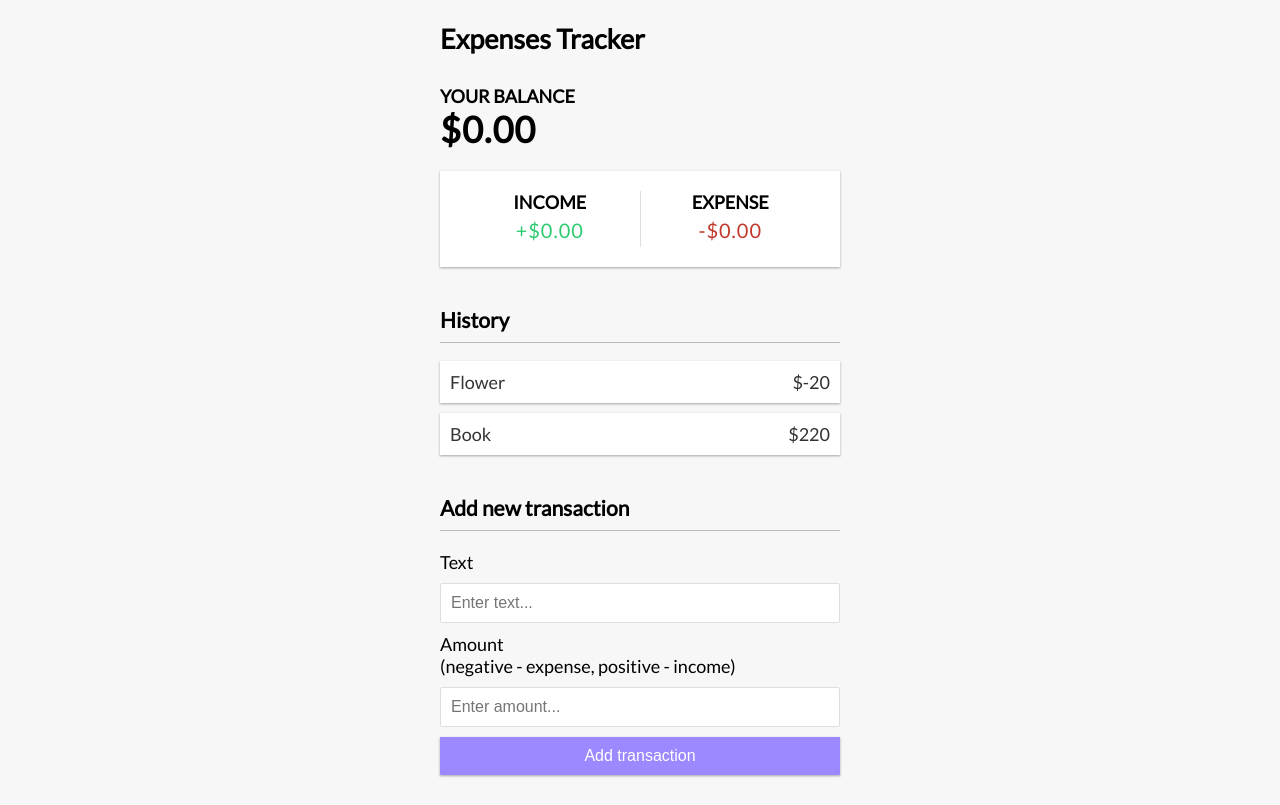
Repository: AyushMahatara/VUE-expense-tracker-app
Page: /
These files come from the project's save history. The page is drawn as it stood at one moment and after a run of saves; the edit follows.
The browser window is 1280 px wide. The pictures show the whole page.
The project was rebuilt for these pictures with package versions that can differ from the ones it lists, and the page was loaded fresh each time. Also part of the build but not shown: vite.config.js.

Above is the page before, as saved 2023-12-29 14:31:50.

### index.html
<!DOCTYPE html>
<html lang="en">
  <head>
    <meta charset="UTF-8" />
    <link rel="icon" href="/public/favicon.ico" />
    <meta name="viewport" content="width=device-width, initial-scale=1.0" />
    <title>Expense Tracker</title>
  </head>
  <body>
    <div id="app"></div>
    <script type="module" src="/src/main.js"></script>
  </body>
</html>

### src/assets/style.css
@import url("https://fonts.googleapis.com/css?family=Lato&display=swap");

:root {
  --box-shadow: 0 1px 3px rgba(0, 0, 0, 0.12), 0 1px 2px rgba(0, 0, 0, 0.24);
}

* {
  box-sizing: border-box;
}

body {
  background-color: #f7f7f7;
  display: flex;
  flex-direction: column;
  align-items: center;
  justify-content: center;
  min-height: 100vh;
  margin: 0;
  font-family: "Lato", sans-serif;
  font-size: 18px;
}

.container {
  margin: 30px auto;
  width: 400px;
}

h1 {
  letter-spacing: 1px;
  margin: 0;
}

h3 {
  border-bottom: 1px solid #bbb;
  padding-bottom: 10px;
  margin: 40px 0 10px;
}

h4 {
  margin: 0;
  text-transform: uppercase;
}

.inc-exp-container {
  background-color: #fff;
  box-shadow: var(--box-shadow);
  padding: 20px;
  display: flex;
  justify-content: space-between;
  margin: 20px 0;
}

.inc-exp-container > div {
  flex: 1;
  text-align: center;
}

.inc-exp-container > div:first-of-type {
  border-right: 1px solid #dedede;
}

.money {
  font-size: 20px;
  letter-spacing: 1px;
  margin: 5px 0;
}

.money.plus {
  color: #2ecc71;
}

.money.minus {
  color: #c0392b;
}

label {
  display: inline-block;
  margin: 10px 0;
}

input[type="text"],
input[type="number"] {
  border: 1px solid #dedede;
  border-radius: 2px;
  display: block;
  font-size: 16px;
  padding: 10px;
  width: 100%;
}

.btn {
  cursor: pointer;
  background-color: #9c88ff;
  box-shadow: var(--box-shadow);
  color: #fff;
  border: 0;
  display: block;
  font-size: 16px;
  margin: 10px 0 30px;
  padding: 10px;
  width: 100%;
}

.btn:focus,
.delete-btn:focus {
  outline: 0;
}

.list {
  list-style-type: none;
  padding: 0;
  margin-bottom: 40px;
}

.list li {
  background-color: #fff;
  box-shadow: var(--box-shadow);
  color: #333;
  display: flex;
  justify-content: space-between;
  position: relative;
  padding: 10px;
  margin: 10px 0;
}

.list li.plus {
  border-right: 5px solid #2ecc71;
}

.list li.minus {
  border-right: 5px solid #c0392b;
}

.delete-btn {
  cursor: pointer;
  background-color: #e74c3c;
  border: 0;
  color: #fff;
  font-size: 20px;
  line-height: 20px;
  padding: 2px 5px;
  position: absolute;
  top: 50%;
  left: 0;
  transform: translate(-100%, -50%);
  opacity: 0;
  transition: opacity 0.3s ease;
}

.list li:hover .delete-btn {
  opacity: 1;
}

### src/App.vue
<template>
  <Header />
  <div class="container">
    <Balance />
    <IncomeExpenses />
    <TransactionList />
    <AddTransaction />
  </div>
</template>

<script setup>
import Header from "./components/Header.vue";
import Balance from "./components/Balance.vue";
import IncomeExpenses from "./components/IncomeExpense.vue";
import AddTransaction from "./components/AddTransaction.vue";
import TransactionList from "./components/TransactionList.vue";
</script>

### src/components/Header.vue
<template>
  <h2>Expenses Tracker</h2>
</template>

<script></script>

### src/components/Balance.vue
<template>
  <h4>Your Balance</h4>
  <h1 id="balance">$0.00</h1>
</template>

### src/components/IncomeExpense.vue
<template>
  <div class="inc-exp-container">
    <div>
      <h4>Income</h4>
      <p id="money-plus" class="money plus">+$0.00</p>
    </div>
    <div>
      <h4>Expense</h4>
      <p id="money-minus" class="money minus">-$0.00</p>
    </div>
  </div>
</template>

### src/components/AddTransaction.vue
<template>
  <h3>Add new transaction</h3>
  <form id="form">
    <div class="form-control">
      <label for="text">Text</label>
      <input type="text" id="text" placeholder="Enter text..." />
    </div>
    <div class="form-control">
      <label for="amount"
        >Amount <br />
        (negative - expense, positive - income)</label
      >
      <input type="number" id="amount" placeholder="Enter amount..." />
    </div>
    <button class="btn">Add transaction</button>
  </form>
</template>

### src/components/TransactionList.vue
<template>
  <h3>History</h3>
  <ul id="list" class="list">
    <li v-for="transaction in transactions" :key="transaction.id">
      {{ transaction.text }} <span>${{ transaction.amount }}</span
      ><button class="delete-btn">x</button>
    </li>
    <!-- <li class="minus">
          Cash <span>-$400</span><button class="delete-btn">x</button>
        </li> -->
  </ul>
</template>

<script>
export default {
  data() {
    return {
      transactions: [
        {
          id: 1,
          text: "Flower",
          amount: -20,
        },
        {
          id: 2,
          text: "Book",
          amount: 220,
        },
      ],
    };
  },
};
</script>

Loaded but not shown: src/main.js (common file)

After the next 3 saves:
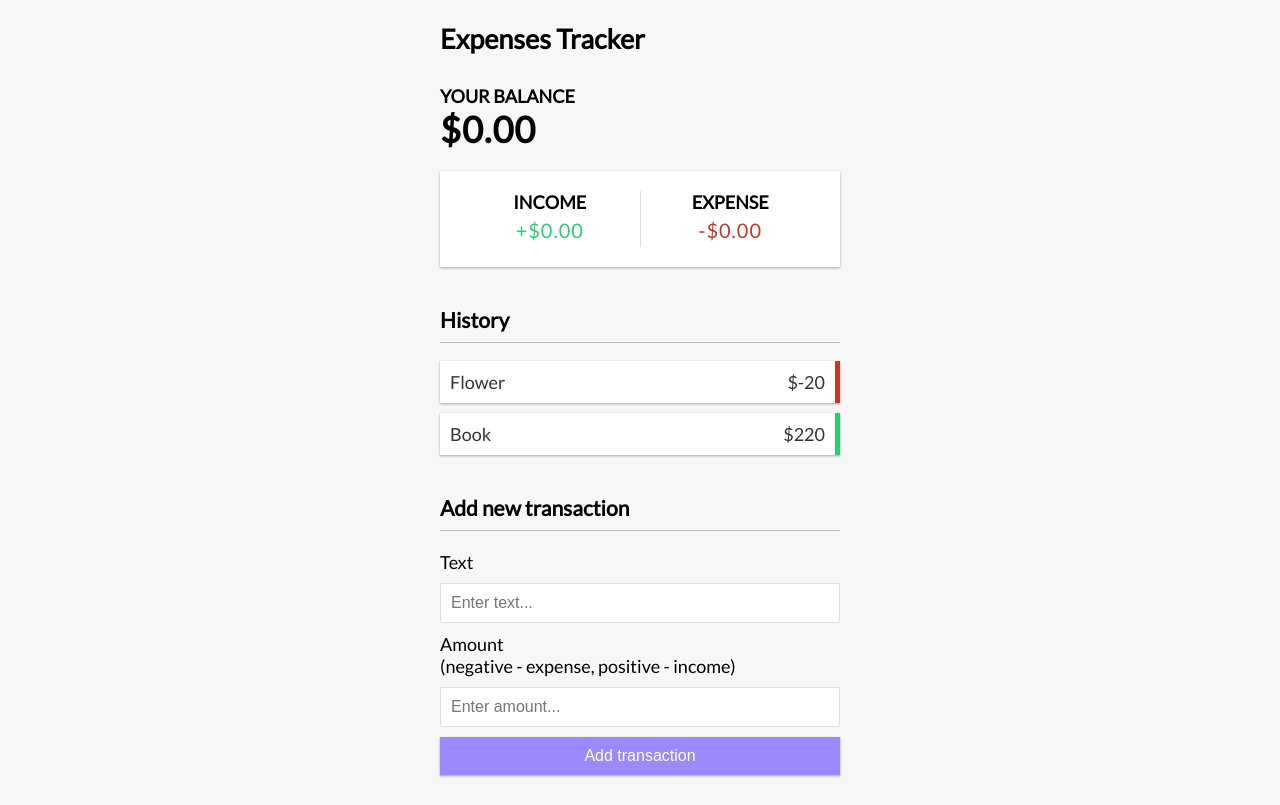
The 3 saves are shown as one change because 2 did not build or start.
The last was saved 73 s later.
--- a/src/components/TransactionList.vue
+++ b/src/components/TransactionList.vue
@@ -1,7 +1,11 @@
 <template>
   <h3>History</h3>
   <ul id="list" class="list">
-    <li v-for="transaction in transactions" :key="transaction.id">
+    <li
+      v-for="transaction in transactions"
+      :key="transaction.id"
+      :class="transaction.amount < 0 ? 'minus' : 'plus'"
+    >
       {{ transaction.text }} <span>${{ transaction.amount }}</span
       ><button class="delete-btn">x</button>
     </li>
